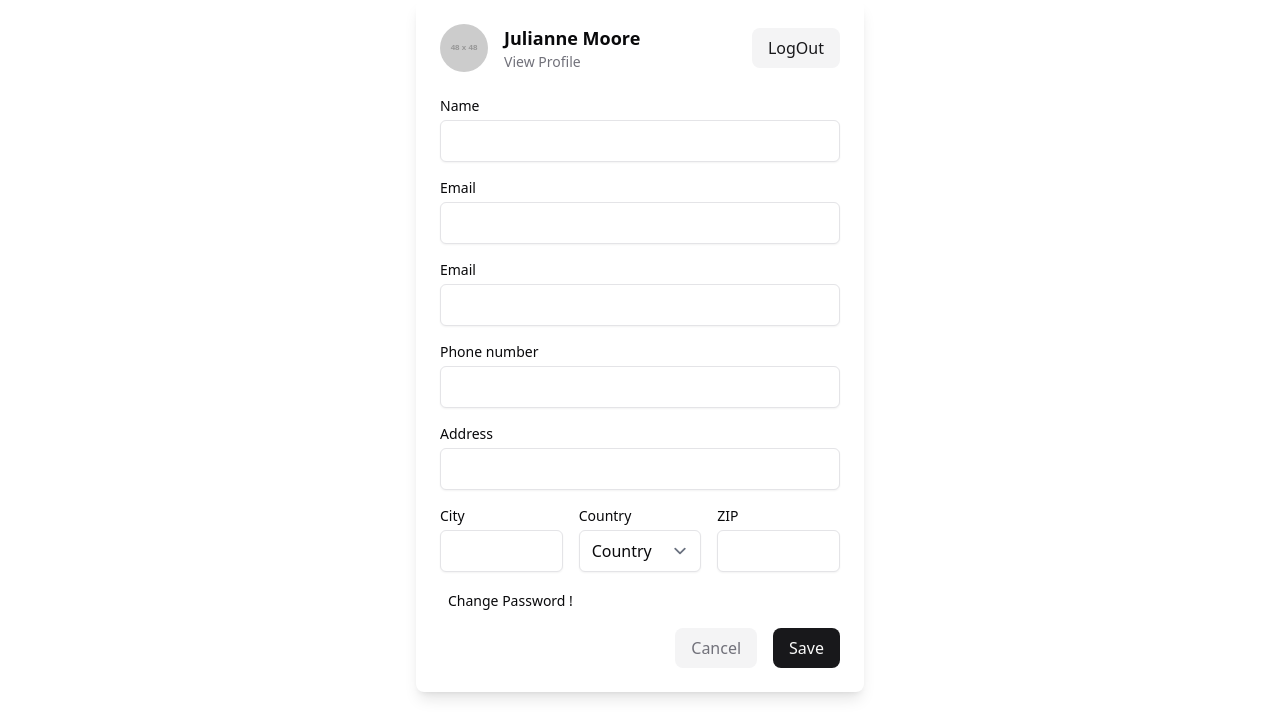
Repository: oafnghh/CassanoSphere
Page: http://localhost/CassanoSphere/setting.jsp
These files come from the project's save history. The page is drawn as it stood at one moment and after the next save; the edit follows.
The browser window is 1280 px wide. The pictures show the whole page.
Some web libraries are served in a nearby version. The page is served by Tomcat 9.

Above is the page before, as saved 2024-07-15 15:09:56.

After the next save:
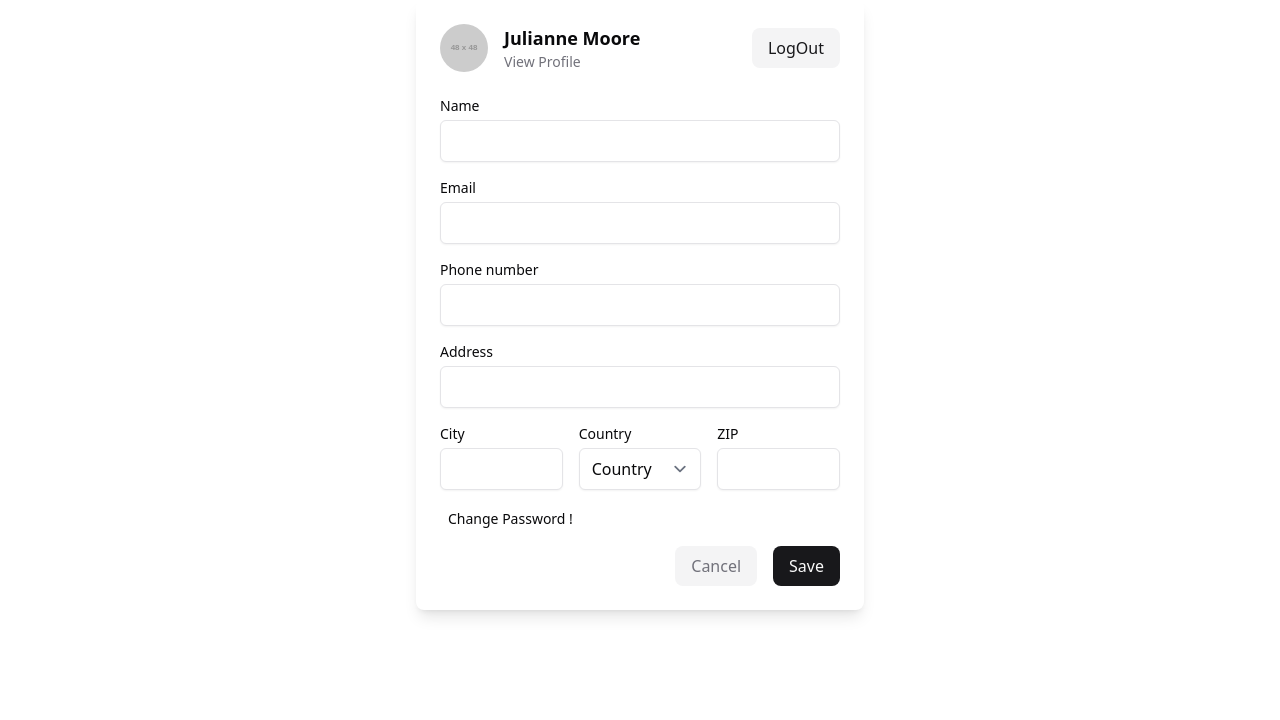
Saved 88 s later.
--- a/CassanoSphere/webapp/www/setting/includes/main.jsp
+++ b/CassanoSphere/webapp/www/setting/includes/main.jsp
@@ -19,12 +19,6 @@
 				for="first-name">Name</label> <input
 				class="mt-1 block w-full rounded-md border border-input bg-background px-3 py-2 text-foreground shadow-sm focus:border-primary focus:ring focus:ring-primary focus:ring-opacity-50"
 				type="text" id="name" />
-		</div>
-		<div class="mb-4">
-			<label class="block text-sm font-medium text-foreground"
-				for="last-name">Email</label> <input
-				class="mt-1 block w-full rounded-md border border-input bg-background px-3 py-2 text-foreground shadow-sm focus:border-primary focus:ring focus:ring-primary focus:ring-opacity-50"
-				type="text" id="email" />
 		</div>
 
 		<div class="mb-4">
